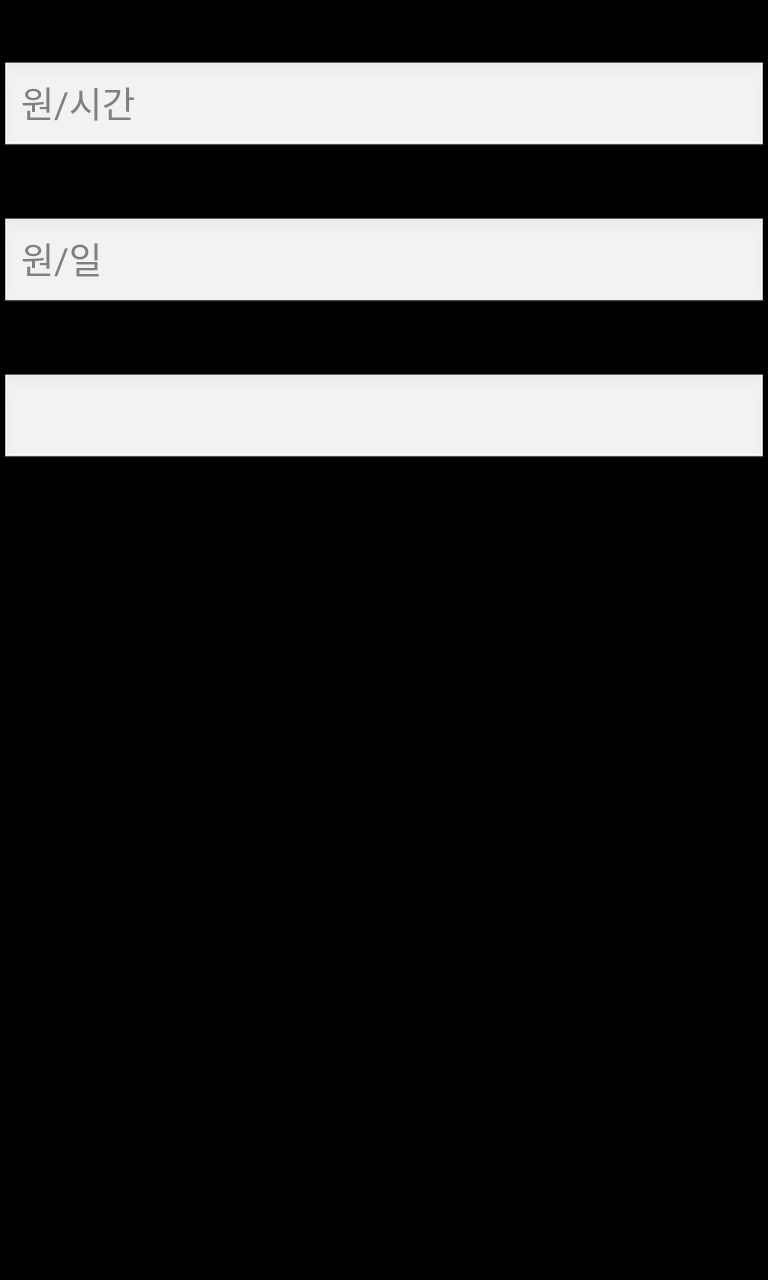
Repository: ET-Bike/E.T-Bike
Layout: Android_Client_ETBike/ETBike/ETBike/res/layout/costdialog.xml
These files come from the project's save history. The layout is drawn as it stood at one moment and after the next save; the edit follows.
It is drawn on a 768 x 1280 px phone screen (xhdpi) without system bars, with theme android:Theme.NoTitleBar; the app's code is not run.

Above is the layout before, as saved 2012-11-08 18:26:24.

After the next save:
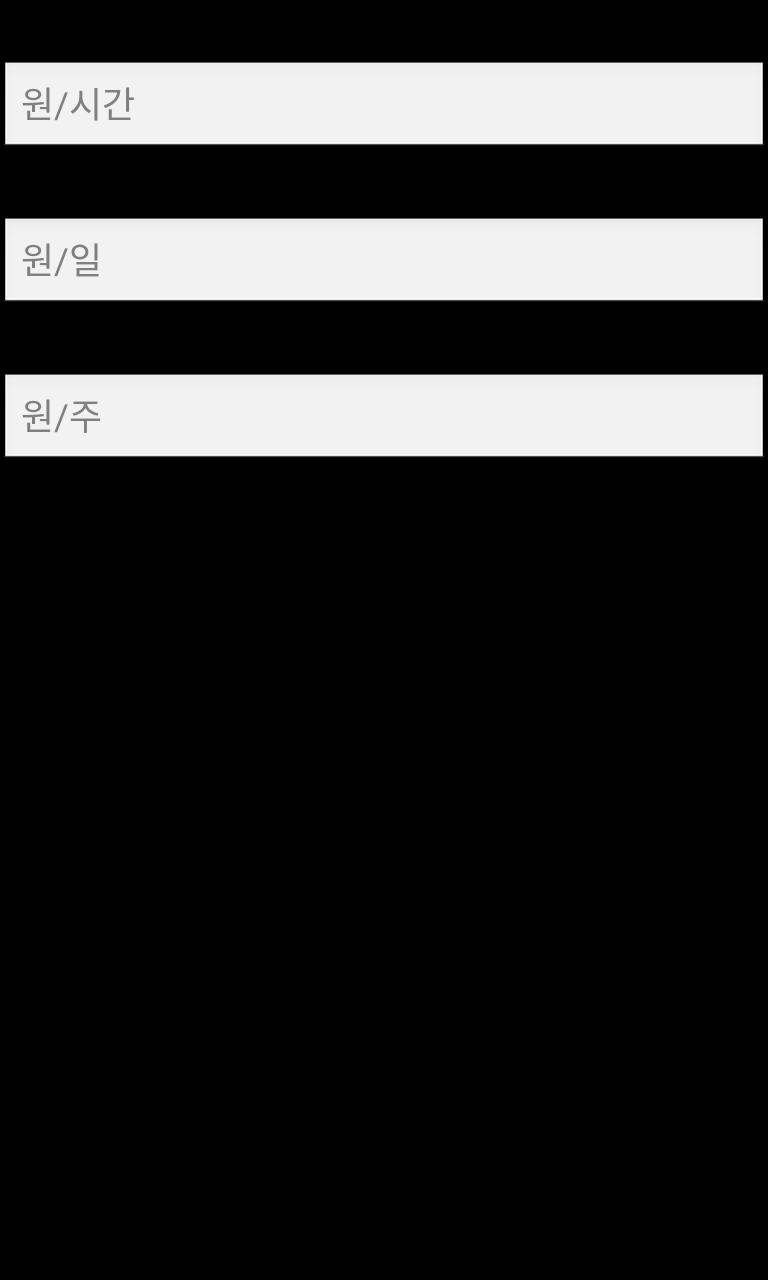
Saved 78 s later.
--- a/Android_Client_ETBike/ETBike/ETBike/res/layout/costdialog.xml
+++ b/Android_Client_ETBike/ETBike/ETBike/res/layout/costdialog.xml
@@ -21,6 +21,8 @@
     <EditText
         android:layout_width="match_parent"
         android:layout_height="wrap_content"
-        android:layout_marginTop="30dp" />
+        android:layout_marginTop="30dp"
+        android:hint="원/주"
+        />
 
 </LinearLayout>
